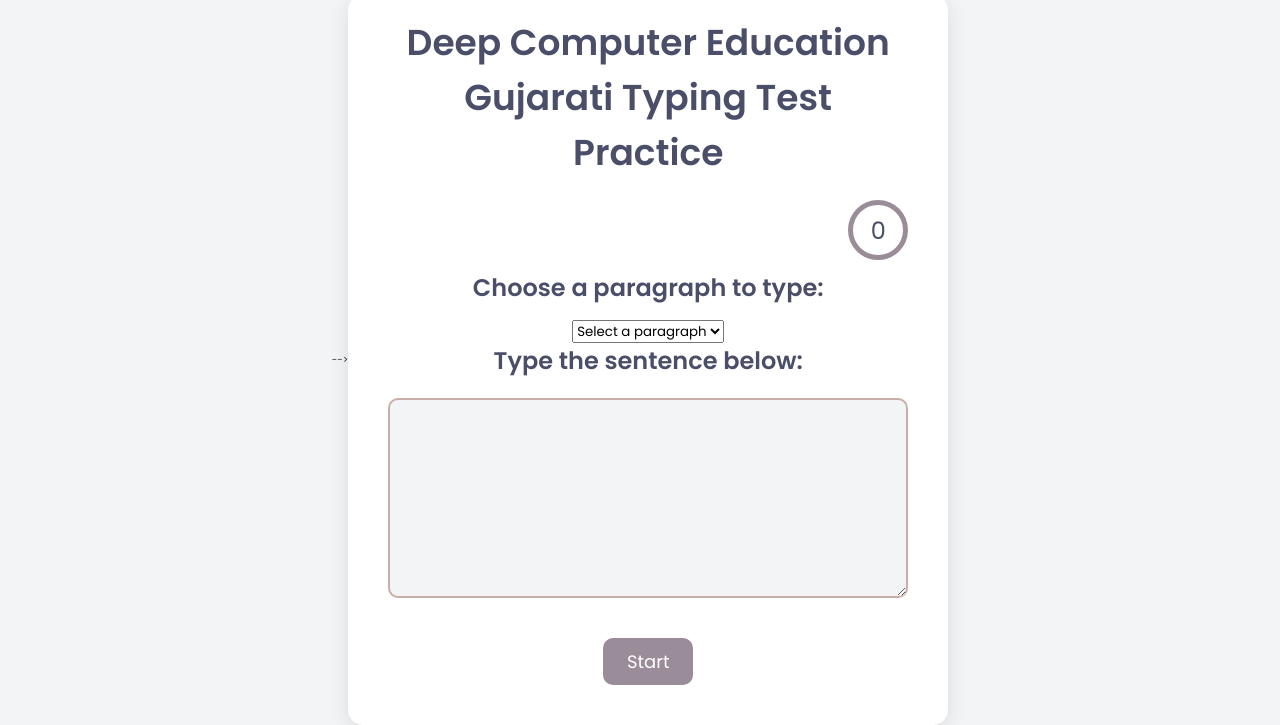
Repository: ssj27072002/Gujarati-typing-test
Page: typingGame/index.html
An editor plug-in stored every save of this project. The page is shown before and after the next save, followed by the edit.
The browser window is 1280 px wide. The pictures show the whole page.

Above is the page before, as saved 2024-06-12 11:51:18.

### typingGame/index.html
<!-- <!DOCTYPE html>
<html lang="en">
<head>
    <meta charset="UTF-8">
    <title>Gujarati Typing Test</title>
    <link rel="stylesheet" href="css/style.css">
</head>
<body>
    <div class="typing-section">
        <h1>Deep Computer Education Gujarati Typing Test Practice</h1>
        <div class="timer-div">
            <div id="show-time">0</div>
        </div>
        <h2>Type the sentence below:</h2>
        <div id="showSentence">ગાંધીનગર ગુજરાતની રાજધાની છે. આ શહેરમાં મોટા પ્રમાણમાં સરકારી કાર્યાલયો અને ઔદ્યોગિક ક્ષેત્ર છે. અમદાવાદ, જે ગુજરાતનું સૌથી મોટું શહેર છે, તેનું એક મહત્વનું ઐતિહાસિક અને આર્થિક કેન્દ્ર છે. અમદાવાદની સુંદર નદી સાબરમતીના કાંઠે બનેલું સાબરમતી આશ્રમ મહાત્મા ગાંધીજીની યાદ અપાવે છે.</div>
        <textarea id="textarea" disabled></textarea>
        <button id="btn">Start</button>
        <div id="score"></div>
    </div>

<!-- <section class="main-body"> -->
    <!-- <h2>typing Speed test</h2> -->

     <!-- <div class="timer-div"> -->
        <!-- <p id="show-time"></p> -->
     <!-- </div> -->

    <!-- <p id="showSentence"></p> -->

    <!-- <div class="typing_section">
        <label for="textarea"></label>
        <textarea name="textarea" id="textarea" cols="30" rows="10" disabled></textarea>
        <br>
        <button id="btn">Start</button>
    </div> -->

    <!-- <p id="score"></p>
</section> -->

<!-- <script src="js/index.js"></script>
</body>
</html> --> -->

<!DOCTYPE html>
<html lang="en">
<head>
    <meta charset="UTF-8">
    <title>Gujarati Typing Test</title>
    <link rel="stylesheet" href="css/style.css">
</head>
<body>
    <div class="typing-section">
        <h1>Deep Computer Education Gujarati Typing Test Practice</h1>
        <div class="timer-div">
            <div id="show-time">0</div>
        </div>
        <h2>Choose a paragraph to type:</h2>
        <select id="paragraphSelector">
            <option value="">Select a paragraph</option>
            <option value="1">Paragraph 1</option>
            <option value="2">Paragraph 2</option>
            <option value="3">Paragraph 3</option>
        </select>
        <h2>Type the sentence below:</h2>
        <div id="showSentence"></div>
        <textarea id="textarea" disabled></textarea>
        <button id="btn">Start</button>
        <div id="score"></div>
    </div>

<script src="js/index.js"></script>
</body>
</html>

### typingGame/css/style.css
/* @import url('https://fonts.googleapis.com/css2?family=Josefin+Sans:wght@400;600;700&family=Lexend+Deca:wght@100;200;300;400;500;600;700&family=Poppins:wght@300;400;600&display=swap');

*{
    margin: 0;
    padding: 0;
    box-sizing: border-box;
    font-family: 'Poppins', sans-serif;
}

html{
    font-size: 62.5%;
}

body{
    height: 100vh;
    display: flex;
    justify-content: center;
    align-items: center;
    background-color: rgba(191, 172, 226, 0.35);
}

.typing-section{
    text-align: center;
}

#textarea{
    border: .1rem solid #A084DC;
    border-radius: 1rem;
    max-width: 50rem;
    width: 50rem;
    height: 20rem;
    padding: 1rem 2rem;
    font-size: 1.6rem;
}

#btn{
    display: inline-block;
    padding: 1rem 2.4rem;
    border: none;
    border-radius: 1rem;
    background-color: #645CBB;
    color: #fff;
    font-size: 1.8rem;
    margin-top: 1.6rem;
}

h2{
    font-size: 2.4rem;
    text-transform: capitalize;
    color: #645CBB;
    text-align: center;
}

#showSentence, #score{
    font-size: 1.6rem;
    margin: 2rem 0;
    letter-spacing: .02rem;
    text-align: center;
}

.timer-div{
    width: 100%;
    text-align: right;
    display: flex;
    justify-content: flex-end;
}

#show-time{
    font-size: 2.4rem;
    padding: 1.5rem;
    text-align: right;
    width: 6rem;
    place-items: center;
    display: flex;
    justify-content: center;
    align-items: center;
    border-radius: 50%;
    border: .5rem solid #645CBB;
} */
/* @import url('https://fonts.googleapis.com/css2?family=Josefin+Sans:wght@400;600;700&family=Lexend+Deca:wght@100;200;300;400;500;600;700&family=Poppins:wght@300;400;600&display=swap');

* {
    margin: 0;
    padding: 0;
    box-sizing: border-box;
    font-family: 'Poppins', sans-serif;
}

html {
    font-size: 62.5%;
}

body {
    height: 100vh;
    display: flex;
    justify-content: center;
    align-items: center;
    background-color: #f3f4f6;
    color: #333;
}

.typing-section {
    text-align: center;
    background: #fff;
    border-radius: 1.5rem;
    box-shadow: 0 4px 20px rgba(0, 0, 0, 0.1);
    padding: 2rem 4rem;
    max-width: 60rem;
    width: 100%;
}

.typing-section h1 {
    font-size: 3.6rem;
    color: #4a4e69;
    margin-bottom: 2rem;
    text-transform: capitalize;
    font-weight: 700;
}

#textarea {
    border: .2rem solid #c9ada7;
    border-radius: 1rem;
    max-width: 100%;
    width: 100%;
    height: 20rem;
    padding: 1rem 2rem;
    font-size: 1.6rem;
    color: #333;
    background: #f3f4f6;
    outline: none;
    transition: border-color 0.3s ease;
}

#textarea:focus {
    border-color: #9a8c98;
}

#btn {
    display: inline-block;
    padding: 1rem 2.4rem;
    border: none;
    border-radius: 1rem;
    background-color: #9a8c98;
    color: #fff;
    font-size: 1.8rem;
    margin-top: 2rem;
    cursor: pointer;
    transition: background-color 0.3s ease;
}

#btn:hover {
    background-color: #6d6875;
}

h2 {
    font-size: 2.4rem;
    color: #4a4e69;
    text-align: center;
    margin-bottom: 1.5rem;
}

#showSentence, #score {
    font-size: 1.8rem;
    margin: 2rem 0;
    letter-spacing: .02rem;
    text-align: center;
    color: #4a4e69;
}

.timer-div {
    width: 100%;
    text-align: right;
    display: flex;
    justify-content: flex-end;
    margin-bottom: 1rem;
}

#show-time {
    font-size: 2.4rem;
    padding: 1.5rem;
    text-align: center;
    width: 6rem;
    height: 6rem;
    display: flex;
    justify-content: center;
    align-items: center;
    border-radius: 50%;
    border: .5rem solid #9a8c98;
    color: #4a4e69;
    background: #fff;
} */




@import url('https://fonts.googleapis.com/css2?family=Josefin+Sans:wght@400;600;700&family=Lexend+Deca:wght@100;200;300;400;500;600;700&family=Poppins:wght@300;400;600&display=swap');

* {
    margin: 0;
    padding: 0;
    box-sizing: border-box;
    font-family: 'Poppins', sans-serif;
}

html {
    font-size: 62.5%;
}

body {
    height: 100vh;
    display: flex;
    justify-content: center;
    align-items: center;
    background-color: #f3f4f6;
    color: #333;
}

.typing-section {
    text-align: center;
    background: #fff;
    border-radius: 1.5rem;
    box-shadow: 0 4px 20px rgba(0, 0, 0, 0.1);
    padding: 2rem 4rem;
    max-width: 60rem;
    width: 100%;
}

.typing-section h1 {
    font-size: 3.6rem;
    color: #4a4e69;
    margin-bottom: 2rem;
    text-transform: capitalize;
    font-weight: 700;
}

#textarea {
    border: .2rem solid #c9ada7;
    border-radius: 1rem;
    max-width: 100%;
    width: 100%;
    height: 20rem;
    padding: 1rem 2rem;
    font-size: 1.6rem;
    color: #333;
    background: #f3f4f6;
    outline: none;
    transition: border-color 0.3s ease;
    margin-bottom: 2rem;
}

#textarea:focus {
    border-color: #9a8c98;
}

#btn {
    display: inline-block;
    padding: 1rem 2.4rem;
    border: none;
    border-radius: 1rem;
    background-color: #9a8c98;
    color: #fff;
    font-size: 1.8rem;
    margin-top: 2rem;
    cursor: pointer;
    transition: background-color 0.3s ease;
}

#btn:hover {
    background-color: #6d6875;
}

h2 {
    font-size: 2.4rem;
    color: #4a4e69;
    text-align: center;
    margin-bottom: 1.5rem;
}

#showSentence, #score {
    font-size: 1.8rem;
    margin: 2rem 0;
    letter-spacing: .02rem;
    text-align: center;
    color: #4a4e69;
}

.timer-div {
    width: 100%;
    text-align: right;
    display: flex;
    justify-content: flex-end;
    margin-bottom: 1rem;
}

#show-time {
    font-size: 2.4rem;
    padding: 1.5rem;
    text-align: center;
    width: 6rem;
    height: 6rem;
    display: flex;
    justify-content: center;
    align-items: center;
    border-radius: 50%;
    border: .5rem solid #9a8c98;
    color: #4a4e69;
    background: #fff;
}

### typingGame/js/index.js
// // //  (actualWords / totalTimeTaken) * 60;

// // const typing_ground = document.querySelector('#textarea');
// // const btn = document.querySelector('#btn');
// // const score = document.querySelector('#score');
// // const show_sentence = document.querySelector('#showSentence');
// // const show_time = document.querySelector('#show-time');

// // let startTime, endTime, totalTimeTaken, sentence_to_write;


// // const sentences = [' વેબસાઇટ એ એક  સદકએ જારીઆ છે. અમે આશા રાખીએ છીએ કે ગુજરાતી કુરઆન દરેકને વાંચવું, અધ્યયન (અભ્યાસ) કરવું અને શીખવું સરળ બનાવ્યું.',
// //     ' વેબસાઇટ એ એક  સદકએ જારીઆ છે. અમે આશા રાખીએ છીએ કે ગુજરાતી કુરઆન દરેકને વાંચવું, અધ્યયન (અભ્યાસ) કરવું અને શીખવું સરળ બનાવ્યું.',
// //     ' વેબસાઇટ એ એક  સદકએ જારીઆ છે. અમે આશા રાખીએ છીએ કે ગુજરાતી કુરઆન દરેકને વાંચવું, અધ્યયન (અભ્યાસ) કરવું અને શીખવું સરળ બનાવ્યું.']

// // // step 5

// // const calculateTypingSpeed = (time_taken) => {
// //     let  totalWords = typing_ground.value.trim();
// //     let actualWords = totalWords === '' ? 0 : totalWords.split(" ");

// //     actualWords=errorChecking(actualWords);

// //     if(actualWords !== 0) {
// //         let typing_speed  =  (actualWords / time_taken) * 60;
// //         typing_speed = Math.round(typing_speed);
// //         score.innerHTML = `Your typing speed is ${typing_speed} words per minutes & you wrote ${actualWords} correct words out of ${sentence_to_write.length} words & time taken ${time_taken} sec`;
// //     }else{
// //         score.innerHTML = `Your typing speed is 0 words per minutes & time taken ${time_taken} sec`;
// //     }
// // }

// // // step 4
// // const endTypingTest = () => {
// //     btn.innerText = "Start";
// //     showTimer();
// //     let date = new Date();
// //     endTime = date.getTime();

// //     totalTimeTaken = (endTime -startTime) / 1000;

// //     // console.log(totalTimeTaken);

// //     calculateTypingSpeed(totalTimeTaken);

// //     show_sentence.innerHTML = "";
// //     typing_ground.value = "";
// // }

// // //step 6
// // let intervalID, elapsedTime=0;

// // const showTimer=() => {
// //     if(btn.innerText ==="Done"){
// //         intervalID = setInterval(() =>{
// //             elapsedTime++;
// //             show_time.innerHTML = elapsedTime;
// //         },1000)

// //     }else if(btn.innerText ==="Start"){
// //         elapsedTime=0;
// //         clearInterval(intervalID);
// //         show_time.innerHTML ="";
// //     }
// // }

// // //step 7
// // const errorChecking=() => {
// //       let num=0;
// //       sentence_to_write = show_sentence.innerHTML;
// //       sentence_to_write = sentence_to_write.trim().split(" ")

// //       for(let i=0; i<words.length;i++){
// //         if(words[i]=== sentence_to_write[i]){
// //             num++
// //         }
// //       }
// //     return num;
// // }



// // // step 3
// // const startTyping = () => {
// //     let randomNumber = Math.floor(Math.random() * sentences.length);
// //     // console.log(randomNumber);
// //     show_sentence.innerHTML = sentences[randomNumber];

// //     let date = new Date();
// //     startTime = date.getTime();

// //     btn.innerText = "Done";

// //     showTimer();
// // }




// // // step 2
// // btn.addEventListener('click', () => {
// //     switch (btn.innerText.toLowerCase()) {
// //         case "start":
// //             typing_ground.removeAttribute('disabled');
// //             startTyping();
// //             break;

// //         case "done":
// //             typing_ground.setAttribute('disabled' , 'true');
// //             endTypingTest();
// //             break;
// //     }
// // })
// const typing_ground = document.querySelector('#textarea');
// const btn = document.querySelector('#btn');
// const score = document.querySelector('#score');
// const show_sentence = document.querySelector('#showSentence');
// const show_time = document.querySelector('#show-time');

// let startTime, endTime, totalTimeTaken, sentence_to_write;

// const sentences = [
//     ' વેબસાઇટ એ એક  સદકએ જારીઆ છે. અમે આશા રાખીએ છીએ કે ગુજરાતી કુરઆન દરેકને વાંચવું, અધ્યયન (અભ્યાસ) કરવું અને શીખવું સરળ બનાવ્યું.',
//     ' વેબસાઇટ એ એક  સદકએ જારીઆ છે. અમે આશા રાખીએ છીએ કે ગુજરાતી કુરઆન દરેકને વાંચવું, અધ્યયન (અભ્યાસ) કરવું અને શીખવું સરળ બનાવ્યું.',
//     ' વેબસાઇટ એ એક  સદકએ જારીઆ છે. અમે આશા રાખીએ છીએ કે ગુજરાતી કુરઆન દરેકને વાંચવું, અધ્યયન (અભ્યાસ) કરવું અને શીખવું સરળ બનાવ્યું.'
// ];

// const calculateTypingSpeed = (time_taken) => {
//     let totalWords = typing_ground.value.trim();
//     let actualWordsArray = totalWords === '' ? 0 : totalWords.split(" ");
//     let correctWords = errorChecking(actualWordsArray);

//     if (correctWords !== 0) {
//         let typing_speed = (correctWords / time_taken) * 60;
//         typing_speed = Math.round(typing_speed);
//         score.innerHTML = `Your typing speed is ${typing_speed} words per minute & you wrote ${correctWords} correct words out of ${sentence_to_write.length} words & time taken ${time_taken} sec`;
//     } else {
//         score.innerHTML = `Your typing speed is 0 words per minute & time taken ${time_taken} sec`;
//     }
// };

// const endTypingTest = () => {
//     btn.innerText = "Start";
//     showTimer();
//     let date = new Date();
//     endTime = date.getTime();

//     totalTimeTaken = (endTime - startTime) / 1000;

//     calculateTypingSpeed(totalTimeTaken);

//     show_sentence.innerHTML = "";
//     typing_ground.value = "";
// };

// let intervalID, elapsedTime = 0;

// const showTimer = () => {
//     if (btn.innerText === "Done") {
//         intervalID = setInterval(() => {
//             elapsedTime++;
//             show_time.innerHTML = elapsedTime;
//         }, 1000);
//     } else if (btn.innerText === "Start") {
//         elapsedTime = 0;
//         clearInterval(intervalID);
//         show_time.innerHTML = "";
//     }
// };

// const errorChecking = (userWords) => {
//     let num = 0;
//     sentence_to_write = show_sentence.innerHTML.trim().split(" ");

//     for (let i = 0; i < userWords.length; i++) {
//         if (userWords[i] === sentence_to_write[i]) {
//             num++;
//         }
//     }
//     return num;
// };

// const startTyping = () => {
//     let randomNumber = Math.floor(Math.random() * sentences.length);
//     show_sentence.innerHTML = sentences[randomNumber];

//     let date = new Date();
//     startTime = date.getTime();

//     btn.innerText = "Done";

//     showTimer();
// };

// btn.addEventListener('click', () => {
//     switch (btn.innerText.toLowerCase()) {
//         case "start":
//             typing_ground.removeAttribute('disabled');
//             startTyping();
//             break;
//         case "done":
//             typing_ground.setAttribute('disabled', 'true');
//             endTypingTest();
//             break;
//     }
// });

// const typing_ground = document.querySelector('#textarea');
// const btn = document.querySelector('#btn');
// const score = document.querySelector('#score');
// const show_sentence = document.querySelector('#showSentence');
// const show_time = document.querySelector('#show-time');

// let startTime, endTime, totalTimeTaken, sentence_to_write;

// const sentences = [
//     'ગાંધીનગર ગુજરાતની રાજધાની છે. આ શહેરમાં મોટા પ્રમાણમાં સરકારી કાર્યાલયો અને ઔદ્યોગિક ક્ષેત્ર છે. અમદાવાદ, જે ગુજરાતનું સૌથી મોટું શહેર છે, તેનું એક મહત્વનું ઐતિહાસિક અને આર્થિક કેન્દ્ર છે. અમદાવાદની સુંદર નદી સાબરમતીના કાંઠે બનેલું સાબરમતી આશ્રમ મહાત્મા ગાંધીજીની યાદ અપાવે છે.',
// ];

// const calculateTypingSpeed = (time_taken) => {
//     let totalWords = typing_ground.value.trim();
//     let actualWordsArray = totalWords === '' ? [] : totalWords.split(/\s+/);
//     let correctWords = errorChecking(actualWordsArray);

//     if (correctWords !== 0) {
//         let typing_speed = (correctWords / time_taken) * 60;
//         typing_speed = Math.round(typing_speed);
//         score.innerHTML = `Your typing speed is ${typing_speed} words per minute & you wrote ${correctWords} correct words out of ${sentence_to_write.length} words & time taken ${time_taken} sec`;
//     } else {
//         score.innerHTML = `Your typing speed is 0 words per minute & time taken ${time_taken} sec`;
//     }
// };

// const endTypingTest = () => {
//     btn.innerText = "Start";
//     clearInterval(intervalID);
//     let date = new Date();
//     endTime = date.getTime();

//     totalTimeTaken = (endTime - startTime) / 1000;

//     calculateTypingSpeed(totalTimeTaken);

//     show_sentence.innerHTML = "";
//     typing_ground.value = "";
// };

// let intervalID, elapsedTime = 0;

// const showTimer = () => {
//     if (btn.innerText === "Done") {
//         intervalID = setInterval(() => {
//             elapsedTime++;
//             show_time.innerHTML = elapsedTime;
//         }, 1000);
//     } else if (btn.innerText === "Start") {
//         elapsedTime = 0;
//         clearInterval(intervalID);
//         show_time.innerHTML = "";
//     }
// };

// const errorChecking = (userWords) => {
//     let num = 0;
//     sentence_to_write = show_sentence.innerHTML.trim().split(/\s+/);

//     for (let i = 0; i < userWords.length; i++) {
//         if (userWords[i] === sentence_to_write[i]) {
//             num++;
//         }
//     }
//     return num;
// };

// const startTyping = () => {
//     let randomNumber = Math.floor(Math.random() * sentences.length);
//     show_sentence.innerHTML = sentences[randomNumber];

//     let date = new Date();
//     startTime = date.getTime();

//     btn.innerText = "Done";

//     showTimer();
// };

// btn.addEventListener('click', () => {
//     switch (btn.innerText.toLowerCase()) {
//         case "start":
//             typing_ground.removeAttribute('disabled');
//             startTyping();
//             break;
//         case "done":
//             typing_ground.setAttribute('disabled', 'true');
//             endTypingTest();
//             break;
//     }
// });

const typing_ground = document.querySelector('#textarea');
const btn = document.querySelector('#btn');
const score = document.querySelector('#score');
const show_sentence = document.querySelector('#showSentence');
const show_time = document.querySelector('#show-time');
const paragraphSelector = document.getElementById('paragraphSelector');

let startTime, endTime, totalTimeTaken, sentence_to_write;

const paragraphs = {
    1: 'ગાંધીનગર ગુજરાતની રાજધાની છે. આ શહેરમાં મોટા પ્રમાણમાં સરકારી કાર્યાલયો અને ઔદ્યોગિક ક્ષેત્ર છે. અમદાવાદ, જે ગુજરાતનું સૌથી મોટું શહેર છે, તેનું એક મહત્વનું ઐતિહાસિક અને આર્થિક કેન્દ્ર છે. અમદાવાદની સુંદર નદી સાબરમતીના કાંઠે બનેલું સાબરમતી આશ્રમ મહાત્મા ગાંધીજીની યાદ અપાવે છે.',
    2: 'સૂરત એક મહત્વપૂર્ણ વ્યાપારી શહેર છે, જે પોતાના હીરાના વેપાર અને કાપડ ઉદ્યોગ માટે જાણીતું છે. આ શહેરમાં ઘણા સુંદર બાગો અને મલ્ટીપ્લેક્સ સિનેમા છે.',
    3: 'વડોદરા શહેર એ પોતાના સંસ્કૃતિક અને શૈક્ષણિક કેન્દ્ર માટે જાણીતું છે. આ શહેરમાં ઘણા મ્યુઝિયમ્સ, પાર્ક્સ અને શૈક્ષણિક સંસ્થાઓ છે.'
};

const calculateTypingSpeed = (time_taken) => {
    let totalWords = typing_ground.value.trim();
    let actualWordsArray = totalWords === '' ? [] : totalWords.split(/\s+/);
    let correctWords = errorChecking(actualWordsArray);

    if (correctWords !== 0) {
        let typing_speed = (correctWords / time_taken) * 60;
        typing_speed = Math.round(typing_speed);
        score.innerHTML = `Your typing speed is ${typing_speed} words per minute & you wrote ${correctWords} correct words out of ${sentence_to_write.length} words & time taken ${time_taken} sec`;
    } else {
        score.innerHTML = `Your typing speed is 0 words per minute & time taken ${time_taken} sec`;
    }
};

const endTypingTest = () => {
    btn.innerText = "Start";
    clearInterval(intervalID);
    let date = new Date();
    endTime = date.getTime();

    totalTimeTaken = (endTime - startTime) / 1000;

    calculateTypingSpeed(totalTimeTaken);

    show_sentence.innerHTML = "";
    typing_ground.value = "";
};

let intervalID, elapsedTime = 0;

const showTimer = () => {
    if (btn.innerText === "Done") {
        intervalID = setInterval(() => {
            elapsedTime++;
            show_time.innerHTML = elapsedTime;
        }, 1000);
    } else if (btn.innerText === "Start") {
        elapsedTime = 0;
        clearInterval(intervalID);
        show_time.innerHTML = "";
    }
};

const errorChecking = (userWords) => {
    let num = 0;
    sentence_to_write = show_sentence.innerHTML.trim().split(/\s+/);

    for (let i = 0; i < userWords.length; i++) {
        if (userWords[i] === sentence_to_write[i]) {
            num++;
        }
    }
    return num;
};

const startTyping = () => {
    let selectedValue = paragraphSelector.value;
    if (selectedValue) {
        show_sentence.innerHTML = paragraphs[selectedValue];
        let date = new Date();
        startTime = date.getTime();
        btn.innerText = "Done";
        showTimer();
    } else {
        alert("Please select a paragraph first!");
    }
};

btn.addEventListener('click', () => {
    switch (btn.innerText.toLowerCase()) {
        case "start":
            typing_ground.removeAttribute('disabled');
            startTyping();
            break;
        case "done":
            typing_ground.setAttribute('disabled', 'true');
            endTypingTest();
            break;
    }
});

paragraphSelector.addEventListener("change", function() {
    show_sentence.innerHTML = "";
    typing_ground.value = "";
    typing_ground.setAttribute('disabled', 'true');
    btn.innerText = "Start";
    elapsedTime = 0;
    clearInterval(intervalID);
    show_time.innerHTML = "0";
    score.innerHTML = "";
});

After the next save:
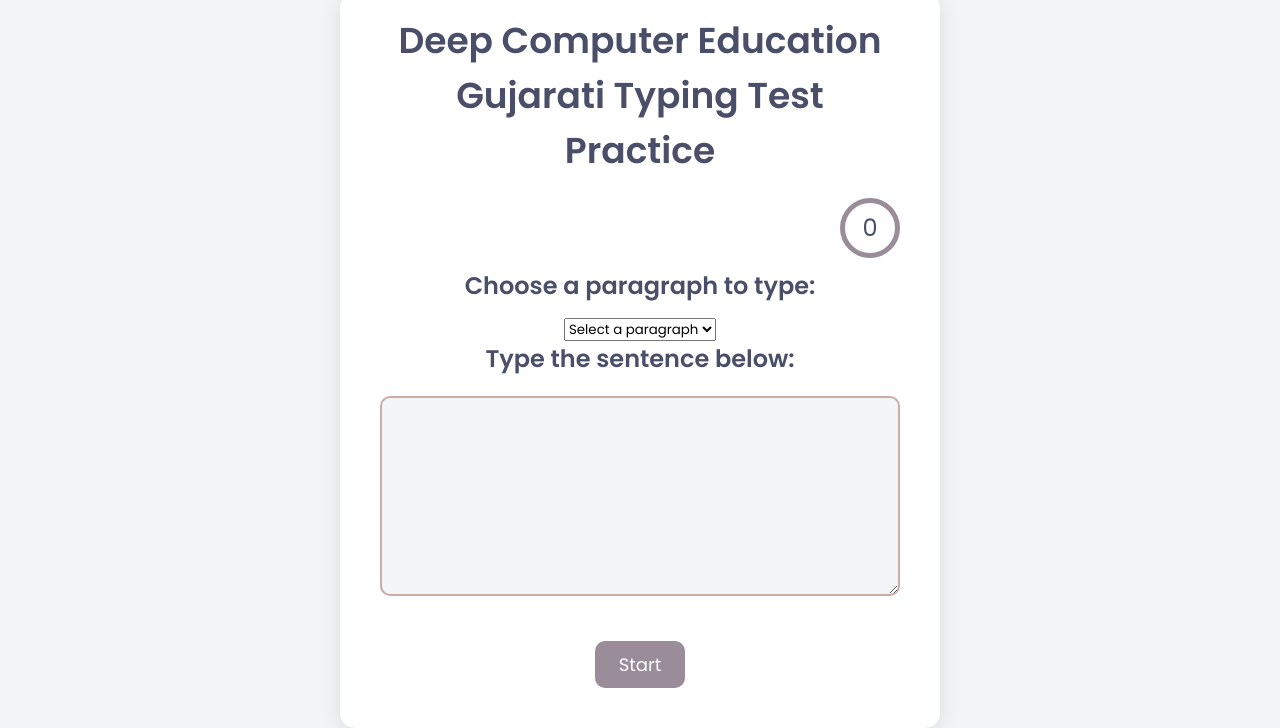
Saved 3 min 5 s later.
--- a/typingGame/index.html
+++ b/typingGame/index.html
@@ -39,7 +39,7 @@
 
 <!-- <script src="js/index.js"></script>
 </body>
-</html> --> -->
+</html> -->
 
 <!DOCTYPE html>
 <html lang="en">
